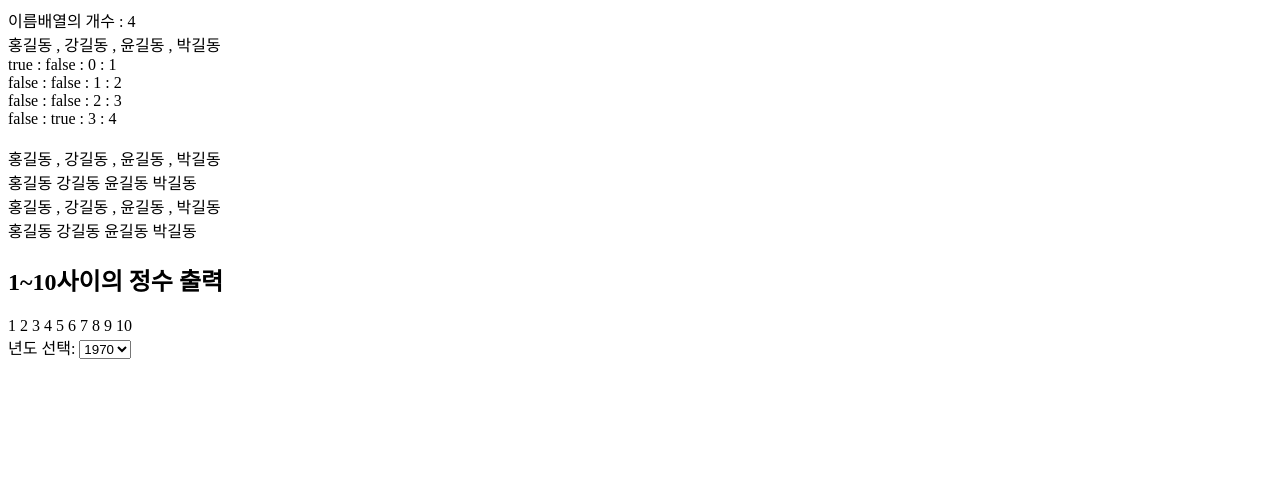
Repository: skim24245/web_workspace_src
Page: http://localhost/Lecture-Web/jsp/el/exam13.jsp
The author's editor kept a copy of each file at every save. The page is drawn from the files as they stood at one save, then again after the next save.
The browser window is 1280 px wide. The pictures show the whole page.
The page is served by Tomcat 9. Other server files are loaded and not shown.

Above is the page before, as saved 2022-06-07 10:11:37.

### Lecture-Web/src/main/webapp/jsp/el/exam13.jsp
<%@ page language="java" contentType="text/html; charset=UTF-8"
    pageEncoding="UTF-8"%>
<%@taglib prefix="c" uri="http://java.sun.com/jsp/jstl/core" %>
<%@ taglib prefix="fn" uri="http://java.sun.com/jsp/jstl/functions" %>
<%
String [] names = {"홍길동","강길동","윤길동","박길동"};
pageContext.setAttribute("names",names);
pageContext.setAttribute("length",names.length-1);
%>

<!DOCTYPE html>
<html>
<head>
<meta charset="UTF-8">
<title>Insert title here</title>
</head>
<body>


이름배열의 개수 : ${fn:length(names)}<BR>
<c:forEach items="${ names }" var="name" varStatus="loop">
<c:if test="${not loop.first }">
,
</c:if>
${name}
</c:forEach>
<BR>




<c:forEach items="${names}" var="name" varStatus="loop">
${loop.first } : ${ loop.last } : ${loop.index } : ${loop.count} <br>
</c:forEach>
<BR>




<c:set var="cnt" value="1"/>
<c:forEach items="${names}" var="name">
<c:if test="${cnt ne 1 }">
,
</c:if>
${name}
<c:set var="cnt" value="${cnt+1}"/>
</c:forEach>
<c:remove var="cnt" scope="page"/>
<BR>







<c:forEach items="${names }" var="name">
${name }
</c:forEach>
<BR>


<c:forEach begin="0" end="${length}" var="i">
<%-- <c:if test="${i ne 0}">
,
</c:if> --%>
${names[i]}
<c:if test="${i ne length }">,</c:if>
</c:forEach>
<br>
<c:forEach items="${ names }" var = "name">
${ name }
</c:forEach>



<h2>1~10사이의 정수 출력</h2>
<c:forEach begin="1" end="10" var="i">
${i}
</c:forEach>


<br>
년도 선택:
<select>
<c:forEach begin="1970" end="2022" step = "10" var="year">
<option> ${year}</option>
</c:forEach>


</select>
</body>
</html>

After the next save:
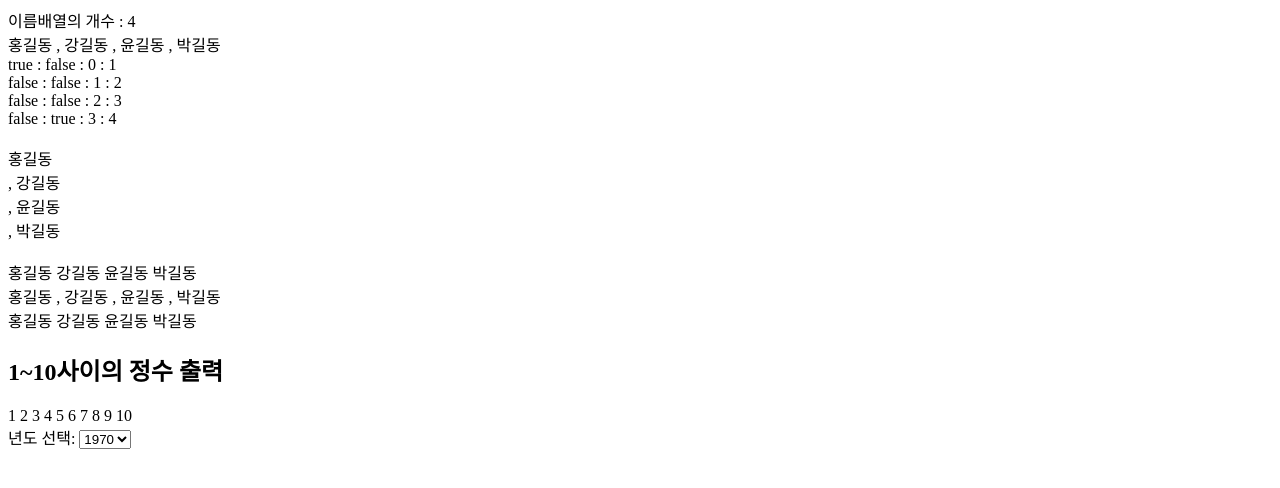
Saved 6 min 22 s later.
--- a/Lecture-Web/src/main/webapp/jsp/el/exam13.jsp
+++ b/Lecture-Web/src/main/webapp/jsp/el/exam13.jsp
@@ -43,6 +43,10 @@
 ,
 </c:if>
 ${name}
+
+
+<Br>
+
 <c:set var="cnt" value="${cnt+1}"/>
 </c:forEach>
 <c:remove var="cnt" scope="page"/>

After the save that followed:
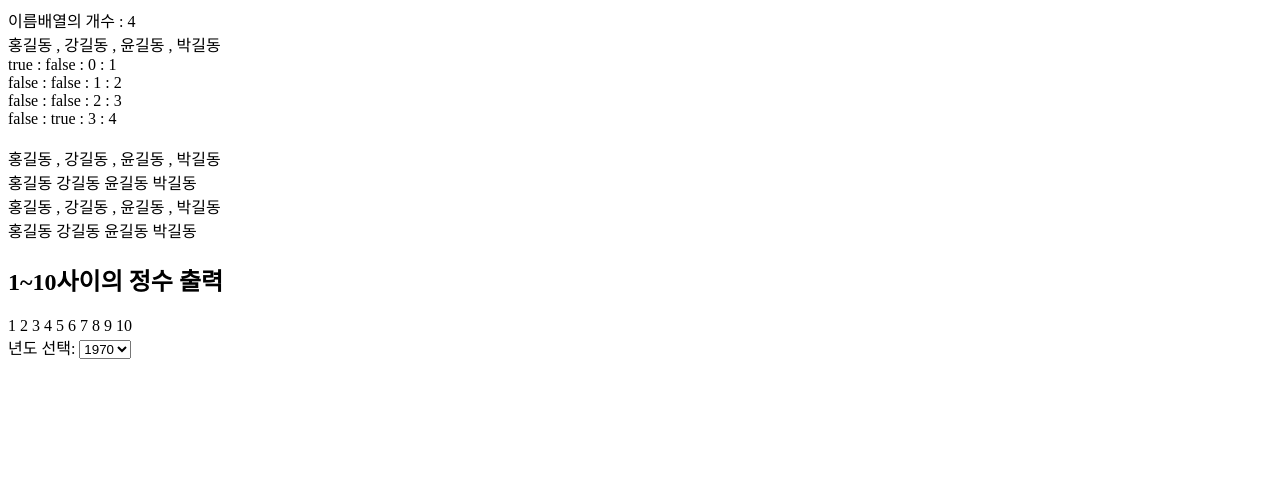
Saved 9 s later.
--- a/Lecture-Web/src/main/webapp/jsp/el/exam13.jsp
+++ b/Lecture-Web/src/main/webapp/jsp/el/exam13.jsp
@@ -45,7 +45,7 @@
 ${name}
 
 
-<Br>
+
 
 <c:set var="cnt" value="${cnt+1}"/>
 </c:forEach>
